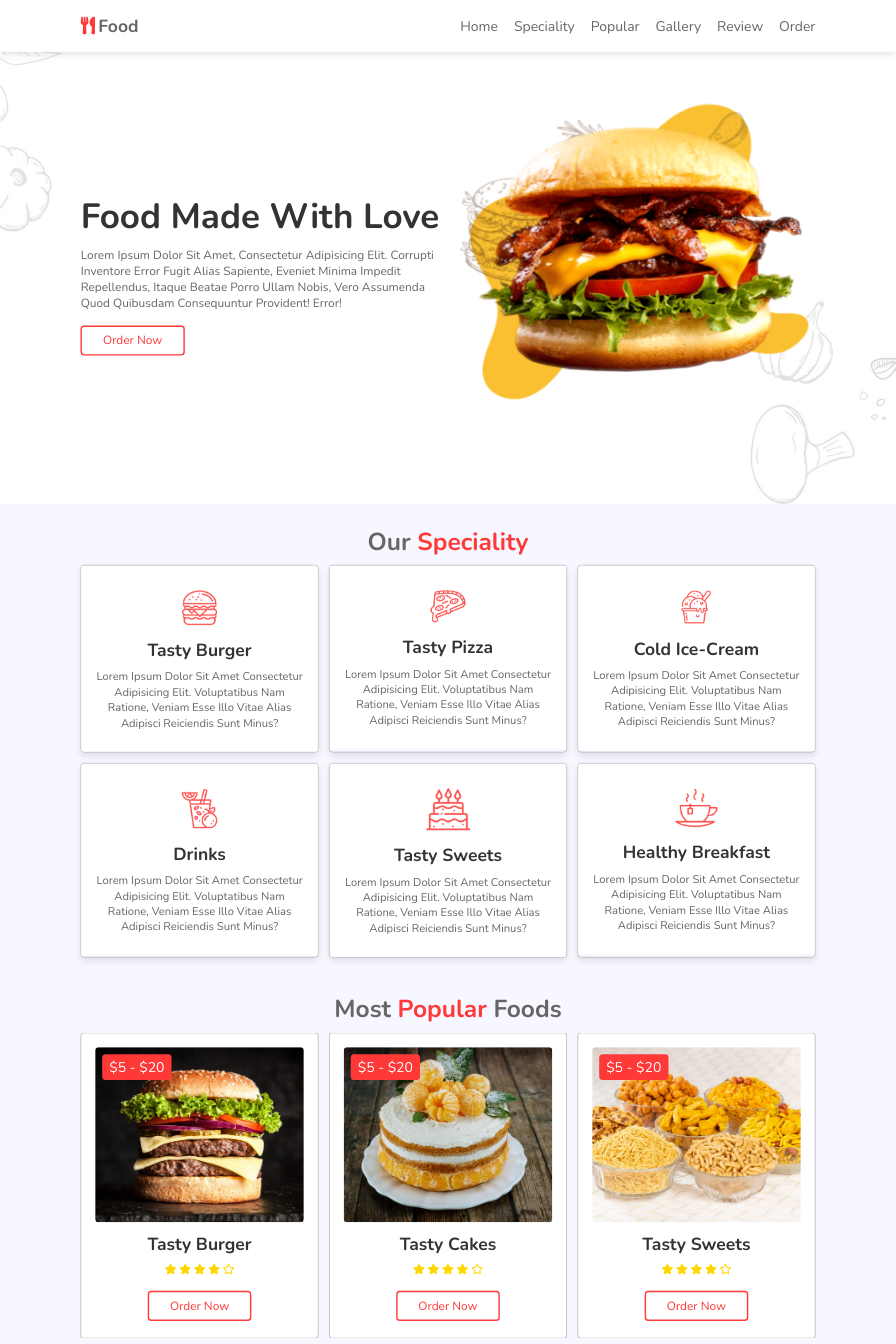
Repository: ManhTanVN/food
Page: index.html
The author's editor kept a copy of each file at every save. The page is drawn from the files as they stood at one save, then again after the next save.
The browser window is 1280 px wide. The pictures show the part of the page from y = 0 to 1920 px (the page is 2810 px tall before and 4990 px after), at 70% of full size.
The style sheet was rebuilt from its Sass, Less or Tailwind sources for each picture, by a compiler version that may differ from the author's.

Above is the page before, as saved 2021-08-29 19:38:14.

### index.html
<!DOCTYPE html>
<html lang="en">
<head>
    <meta charset="UTF-8">
    <meta http-equiv="X-UA-Compatible" content="IE=edge">
    <meta name="viewport" content="width=device-width, initial-scale=1.0">
    <title>Document</title>
    <!-- font awe-some CDN -->
    <link rel="stylesheet" href="https://cdnjs.cloudflare.com/ajax/libs/font-awesome/5.15.4/css/all.min.css">

    <!-- custom css -->
    <link rel="stylesheet" href="./assets/css/style.css">
</head>
<body>
    <!-- header section start -->
    <header>
        <a href="#" class="logo"><i class="fas fa-utensils"></i>food</a>
        <div id="menu-bar" class="fas fa-bars"></div>
        <nav class="navbar">
            <a href="#home">home</a>
            <a href="#speciality">speciality</a>
            <a href="#popular">popular</a>
            <a href="#gallery">gallery</a>
            <a href="#review">review</a>
            <a href="#order">order</a>
        </nav>
    </header>
    <!-- header section end -->

    <!-- home section starts -->
    <section class="home" id="home">
        <div class="home__content">
            <h3>food made with love</h3>
            <p>Lorem ipsum dolor sit amet, consectetur adipisicing elit. Corrupti inventore error fugit alias sapiente, eveniet minima impedit repellendus, itaque beatae porro ullam nobis, vero assumenda quod quibusdam consequuntur provident! Error!</p>
            <a href="#" class="btn">order now</a>
        </div>
        <div class="home__image">
            <img src="./assets/images/home-img.png" alt="">
        </div>


    </section>
    <!-- home section ends -->

    <!-- speciality section starts -->
    <section class="speciality" id="speciality">
        <h1 class="heading">our <span>speciality</span></h1>
        <div class="box-container">
            <div class="box">
                <img class="box__image" src="./assets/images/s-img-1.jpg" alt="">
                <div class="box__content">
                    <img src="./assets/images/s-1.png" alt="">
                    <h3>tasty burger</h3>
                    <p>Lorem ipsum dolor sit amet consectetur adipisicing elit. Voluptatibus nam ratione, veniam esse illo vitae alias adipisci reiciendis sunt minus?</p>
                </div>
            </div>
            <div class="box">
                <img class="box__image" src="./assets/images/s-img-2.jpg" alt="">
                <div class="box__content">
                    <img src="./assets/images/s-2.png" alt="">
                    <h3>tasty pizza</h3>
                    <p>Lorem ipsum dolor sit amet consectetur adipisicing elit. Voluptatibus nam ratione, veniam esse illo vitae alias adipisci reiciendis sunt minus?</p>
                </div>
            </div>
            <div class="box">
                <img class="box__image" src="./assets/images/s-img-3.jpg" alt="">
                <div class="box__content">
                    <img src="./assets/images/s-3.png" alt="">
                    <h3>cold ice-cream</h3>
                    <p>Lorem ipsum dolor sit amet consectetur adipisicing elit. Voluptatibus nam ratione, veniam esse illo vitae alias adipisci reiciendis sunt minus?</p>
                </div>
            </div>
            <div class="box">
                <img class="box__image" src="./assets/images/s-img-4.jpg" alt="">
                <div class="box__content">
                    <img src="./assets/images/s-4.png" alt="">
                    <h3>drinks</h3>
                    <p>Lorem ipsum dolor sit amet consectetur adipisicing elit. Voluptatibus nam ratione, veniam esse illo vitae alias adipisci reiciendis sunt minus?</p>
                </div>
            </div>
            <div class="box">
                <img class="box__image" src="./assets/images/s-img-5.jpg" alt="">
                <div class="box__content">
                    <img src="./assets/images/s-5.png" alt="">
                    <h3>tasty sweets</h3>
                    <p>Lorem ipsum dolor sit amet consectetur adipisicing elit. Voluptatibus nam ratione, veniam esse illo vitae alias adipisci reiciendis sunt minus?</p>
                </div>
            </div>
            <div class="box">
                <img class="box__image" src="./assets/images/s-img-6.jpg" alt="">
                <div class="box__content">
                    <img src="./assets/images/s-6.png" alt="">
                    <h3>healthy breakfast</h3>
                    <p>Lorem ipsum dolor sit amet consectetur adipisicing elit. Voluptatibus nam ratione, veniam esse illo vitae alias adipisci reiciendis sunt minus?</p>
                </div>
            </div>
        </div>
    </section>
    <!-- speciality section ends -->

    <!-- popular section starts -->
    <section class="popular" id="popular">
        <h1 class="heading">most <span>popular</span> foods</h1>
        <div class="box-container">
            <div class="box">
                <span class="box__price"> $5 - $20 </span>
                <img src="./assets/images/p-1.jpg" alt="">
                <h3>tasty burger</h3>
                <div class="box__star">
                    <i class="fas fa-star"></i>
                    <i class="fas fa-star"></i>
                    <i class="fas fa-star"></i>
                    <i class="fas fa-star"></i>
                    <i class="far fa-star"></i>
                </div>
                <a href="#" class="btn">order now</a>
            </div>
            <div class="box">
                <span class="box__price"> $5 - $20 </span>
                <img src="./assets/images/p-2.jpg" alt="">
                <h3>tasty cakes</h3>
                <div class="box__star">
                    <i class="fas fa-star"></i>
                    <i class="fas fa-star"></i>
                    <i class="fas fa-star"></i>
                    <i class="fas fa-star"></i>
                    <i class="far fa-star"></i>
                </div>
                <a href="#" class="btn">order now</a>
            </div>
            <div class="box">
                <span class="box__price"> $5 - $20 </span>
                <img src="./assets/images/p-3.jpg" alt="">
                <h3>tasty sweets</h3>
                <div class="box__star">
                    <i class="fas fa-star"></i>
                    <i class="fas fa-star"></i>
                    <i class="fas fa-star"></i>
                    <i class="fas fa-star"></i>
                    <i class="far fa-star"></i>
                </div>
                <a href="#" class="btn">order now</a>
            </div>
            <div class="box">
                <span class="box__price"> $5 - $20 </span>
                <img src="./assets/images/p-4.jpg" alt="">
                <h3>tasty cupcakes</h3>
                <div class="box__star">
                    <i class="fas fa-star"></i>
                    <i class="fas fa-star"></i>
                    <i class="fas fa-star"></i>
                    <i class="fas fa-star"></i>
                    <i class="far fa-star"></i>
                </div>
                <a href="#" class="btn">order now</a>
            </div>
            <div class="box">
                <span class="box__price"> $5 - $20 </span>
                <img src="./assets/images/p-5.jpg" alt="">
                <h3>cold drinks</h3>
                <div class="box__star">
                    <i class="fas fa-star"></i>
                    <i class="fas fa-star"></i>
                    <i class="fas fa-star"></i>
                    <i class="fas fa-star"></i>
                    <i class="far fa-star"></i>
                </div>
                <a href="#" class="btn">order now</a>
            </div>
            <div class="box">
                <span class="box__price"> $5 - $20 </span>
                <img src="./assets/images/p-6.jpg" alt="">
                <h3>cold ice-cream</h3>
                <div class="box__star">
                    <i class="fas fa-star"></i>
                    <i class="fas fa-star"></i>
                    <i class="fas fa-star"></i>
                    <i class="fas fa-star"></i>
                    <i class="far fa-star"></i>
                </div>
                <a href="#" class="btn">order now</a>
            </div>
        </div>

    </section>
    <!-- popular section ends -->

    <!-- Step section starts -->
    <section class="steps">
        <div class="box">
            <img src="./assets/images/step-1.jpg" alt="">
            <h3>choose your favorite food</h3>
        </div>
        <div class="box">
            <img src="./assets/images/step-2.jpg" alt="">
            <h3>free and fast delivery</h3>
        </div>
        <div class="box">
            <img src="./assets/images/step-3.jpg" alt="">
            <h3>easy payments methods</h3>
        </div>
        <div class="box">
            <img src="./assets/images/step-4.jpg" alt="">
            <h3>and finally, enjoy your food</h3>
        </div>
    </section>
    <!-- Step section ends -->

    <!-- Gallery section starts -->
    <section class="gallery" id="gallery">
        <h1 class="heading">our food <span>gallery</span></h1>
    </section>
    <!-- Gallery section ends -->

<!-- custom js -->
<script src="./assets/js/main.js"></script>
<!-- custom js -->
</body>
</html>

### assets/js/main.js
let menu = document.querySelector("#menu-bar");
let navbar = document.querySelector(".navbar");

menu.onclick = () =>{
    menu.classList.toggle('fa-times');
    navbar.classList.toggle('active');
}

window.onscroll = () => {
    menu.classList.remove('fa-times');
    navbar.classList.remove('active');
}

### sass/style.scss
@import url('https://fonts.googleapis.com/css2?family=Nunito:wght@200;300;400;600;700&display=swap');
@import './mixin';
@import './variables';
@import './animation';
@import './base';
@import './header';
@import './menu-bar';
@import './home';
@import './btn';
@import './speciality';
@import './popular';
@import './steps';

@import './_media';

### sass/_mixin.scss
@mixin responsive($breakpoint) {
    @if $breakpoint == tablet {
        @media (max-width:991px) {@content}
    };

    @if $breakpoint == phone {
        @media (max-width: 768px) {@content}
    };

    @if $breakpoint == small {
        @media (max-width: 400px) {@content}
    };
}

### sass/_variables.scss
$color-red: #ff3838;

### sass/_animation.scss
@keyframes float {
    0%, 100% {
        transform: translateY(0rem)
    };

    50% {
        transform: translateY(03rem)
    }
}

### sass/_base.scss
* {
    font-family: 'Nunito', sans-serif;
    padding: 0; margin: 0;
    box-sizing: border-box;
    border: 0; outline: none;
    text-transform: capitalize;
    text-decoration: none;
    transition: all .2s linear;
}

*::selection {
    background: $color-red;
    color: #fff;
}

html {
    font-size: 62.5%;
    overflow-x: hidden;
    scroll-behavior: smooth;
    scroll-padding-top: 6rem;
    @include responsive (tablet) {
        font-size: 55%;
    }

    @include responsive (small) {
        font-size: 50%;

    }
}

body {
    background: #f7f7ff;
}

section {
    padding: 2rem 9%;
    @include responsive (tablet){
        padding: 2rem;
    }
}

### sass/_header.scss
header {
    position: fixed;
    top: 0;
    left: 0;
    right: 0;
    z-index: 9999;
    background: #fff;
    padding: 2rem 9%;
    box-shadow: 0 0.5rem 1rem rgba(0,0,0,.1);
    display: flex;
    justify-content: space-between;
    align-items: center;
    @include responsive (tablet) {
        padding: 2rem;
    }

}
header .logo {
    font-size: 2.5rem;
    font-weight: bold;
    color: #666;
}
header .logo i {
    padding-right: .5rem;
    color: $color-red;
}
header .navbar a {
    font-size: 2rem;
    margin-left: 2rem;
    color: #666;

    @include responsive (phone) {
        margin: 1.5rem;
        padding: 1.5rem;
        display: block;
        border: .2rem solid rgba(0,0,0,.1);
        border-left: .5rem solid $color-red;
        background: #fff;
    }
}

header .navbar a:hover {
    color: $color-red;
}

header .navbar {
    @include responsive (phone) {
        position: absolute;
        top: 100%;
        right: 0;
        left: 0;
        background: #f7f7f7;
        border-top: .1rem solid rgba(0,0,0,.1);
        clip-path: polygon(0 0, 100% 0 , 100% 0 , 0 0);
    }
}
header .navbar.active {
    @include responsive (phone) {
        clip-path: polygon(0 0, 100% 0 , 100% 100% , 0 100%);

    }
}

### sass/_menu-bar.scss
#menu-bar {
    font-size: 3rem;
    cursor: pointer;
    color: #666;
    border: .1rem solid #666;
    border-radius: .3rem;
    padding: .5rem 1.5rem;
    display: none;

    @include responsive (phone) {
        display: initial;
    }

}

### sass/_home.scss
.home {
    display: flex;
    flex-wrap: wrap;
    gap: 1.5rem;
    min-height: 100vh;
    align-items: center;
    background: url(../assets/images/home-bg.jpg) no-repeat;
    // background: url(../assets/images/pic1.png);
    // background: gold;
    background-size: cover;
    background-position: center;

    &__content{
        flex: 1 1 40rem;
        padding-top: 6.5rem;

        & h3{
            font-size: 5rem;
            color: #333;
        }
        & p{
            font-size: 1.7rem;
            color: #666;
            padding: 1rem 0;
        }
    }
    &__image {
        flex: 1 1 40rem;

    }
    &__image img {
        width: 100%;
        padding: 1rem;
        animation: float 3s linear infinite;
    }
}

### sass/_btn.scss
.btn {
    display: inline-block;
    padding: .8rem 3rem;
    border: .2rem solid $color-red;
    color: $color-red;
    cursor: pointer;
    font-size: 1.7rem;
    border-radius: .5rem;
    position: relative;
    overflow: hidden;
    z-index: 0;
    margin-top: 1rem;
    &::after {
        content: "";
        position: absolute;
        top: 0;
        right: 0;
        width: 0;
        height: 100%;
        background: $color-red;
        transition: .2s linear;
        z-index: -1;
    }

    &:hover::after {
        width: 100%;
        left: 0;;
    }
    &:hover {
        color: #fff;
    }
}

### sass/_speciality.scss
.heading {
    text-align: center;
    font-size: 3.5rem;
    padding: 1rem;
    color: #666;

    & span {
        color: $color-red;
    }
}
.box-container {
    display: flex;
    flex-wrap: wrap;
    gap: 1.5rem;
}


.speciality {
    & .box-container {
        & .box {
            flex: 1 1 30rem;
            position: relative;
            overflow: hidden;
            box-shadow: 0 .5rem 1rem rgba(0,0,0,.1);
            border: .1rem solid rgba(0,0,0,.3);
            cursor: pointer;
            border-radius: .5rem;

            &__image{
                width: 100%;
                height: 100%;
                object-fit: cover;
                position: absolute;
                top: -100%;
                left: 0;

            }
            &:hover .box__image{
                top: 0;
            }

            &:hover .box__content{
                transform: translateY(100%);
            }

            &__content {
                text-align: center;
                padding: 2rem;
                background: #fff;
                & img {
                    margin: 1.5rem 0;
                }
                & h3 {
                    font-size: 2.5rem;
                    color: #333;
                }
                & p {
                    font-size: 1.6rem;
                    color: #666;
                    padding: 1rem 0;
                }
            }
        }
    }

}

### sass/_popular.scss
.popular {
    & .box-container {
        & .box {
            padding: 2rem;
            background: #fff;
            box-shadow: 1 .5rem 1rem rgba(0,0,0,.1);
            border: .1rem solid rgba(0,0,0,.3);
            border-radius: .5rem;
            text-align: center;
            flex: 1 1 30rem;
            position: relative;

            & img {
                height: 25rem;
                object-fit: cover;
                width: 100%;
                border-radius: inherit;
            }

            &__price {
                position: absolute;
                top: 3rem; left: 3rem;
                background: $color-red;
                color: #fff;
                font-size: 2rem;
                padding: .5rem 1rem;
                border-radius: inherit;
            }

            & h3 {
                color: #333;
                font-size: 2.5rem;
                padding-top: 1rem;
            }

            &__star {
                color: gold;
                font-size: 1.5rem;
                padding: 1rem .1rem;
            }
        }
    }
}

### sass/_steps.scss
.steps {
    display: flex;
    flex-wrap: wrap;
    gap: 1.5rem;
    padding: 1rem;

    & .box {
        flex: 1 1 25rem;
        padding: 1rem;
        text-align: center;

        & img {
            border-radius: 50%;
            border: .1rem solid #fff;
            box-shadow: 0 .5rem 1rem rgba(0,0,0,.1);
        }

        & h3 {
            font-size: 3rem;
            color: #333;
            padding: 1rem;
        }
    }
}

### sass/__media.scss
@media (max-width: 991px) {
    html {
    }
    header {

    }
}

@media (max-width: 768px) {


    .menu-bar {

    }
}

After the next save:
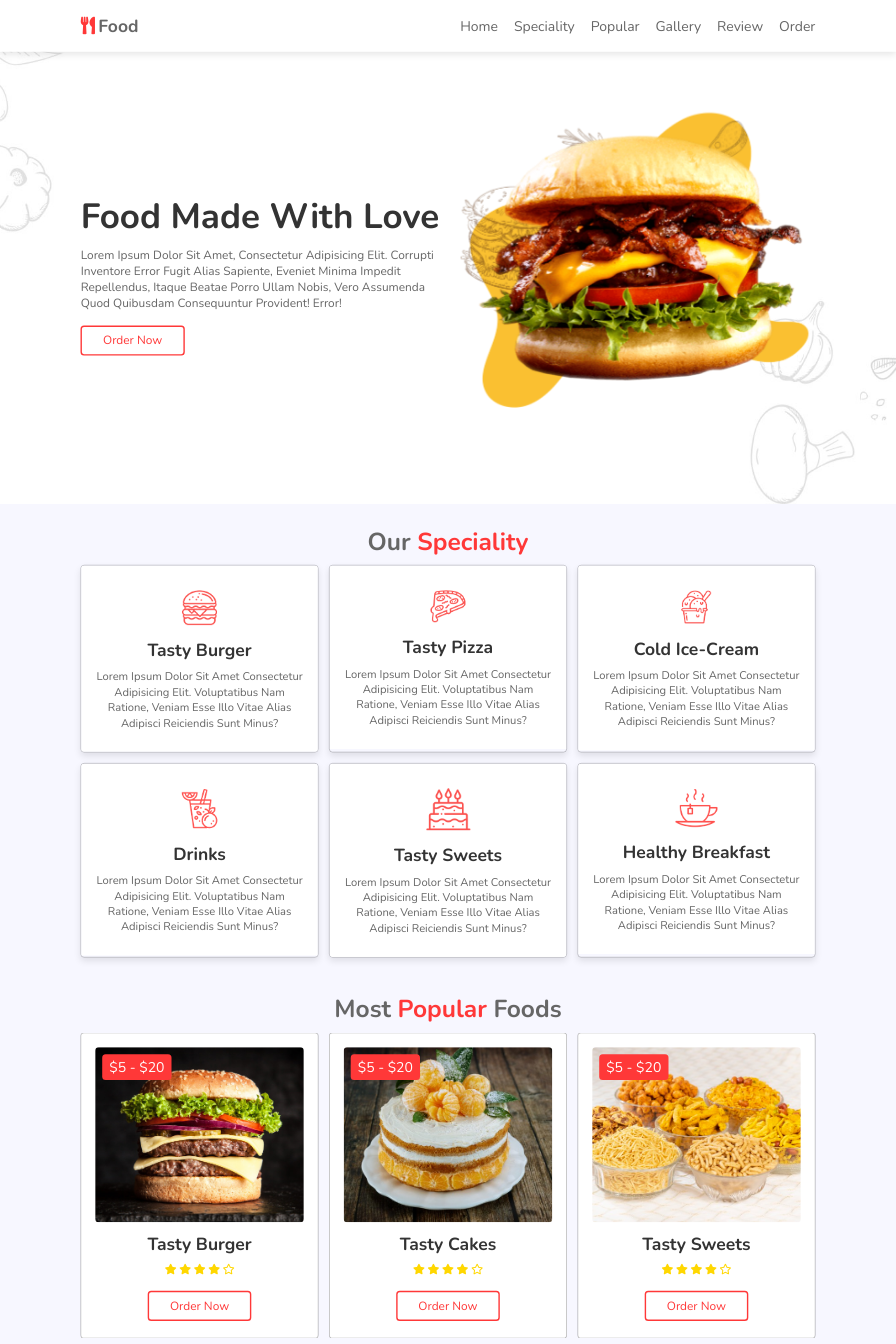
Saved 4 min 30 s later.
--- a/index.html
+++ b/index.html
@@ -209,6 +209,80 @@
     <!-- Gallery section starts -->
     <section class="gallery" id="gallery">
         <h1 class="heading">our food <span>gallery</span></h1>
+        <div class="box-container">
+            <div class="box">
+                <img src="./assets/images/g-1.jpg" alt="" class="box__image">
+                <div class="box__content">
+                    <h3>tasty food</h3>
+                    <p>Lorem ipsum dolor sit amet consectetur adipisicing elit. At, quos.</p>
+                    <a href="#" class="btn">order now</a>
+                </div>
+            </div>
+            <div class="box">
+                <img src="./assets/images/g-2.jpg" alt="" class="box__image">
+                <div class="box__content">
+                    <h3>tasty food</h3>
+                    <p>Lorem ipsum dolor sit amet consectetur adipisicing elit. At, quos.</p>
+                    <a href="#" class="btn">order now</a>
+                </div>
+            </div>
+            <div class="box">
+                <img src="./assets/images/g-3.jpg" alt="" class="box__image">
+                <div class="box__content">
+                    <h3>tasty food</h3>
+                    <p>Lorem ipsum dolor sit amet consectetur adipisicing elit. At, quos.</p>
+                    <a href="#" class="btn">order now</a>
+                </div>
+            </div>
+            <div class="box">
+                <img src="./assets/images/g-4.jpg" alt="" class="box__image">
+                <div class="box__content">
+                    <h3>tasty food</h3>
+                    <p>Lorem ipsum dolor sit amet consectetur adipisicing elit. At, quos.</p>
+                    <a href="#" class="btn">order now</a>
+                </div>
+            </div>
+            <div class="box">
+                <img src="./assets/images/g-5.jpg" alt="" class="box__image">
+                <div class="box__content">
+                    <h3>tasty food</h3>
+                    <p>Lorem ipsum dolor sit amet consectetur adipisicing elit. At, quos.</p>
+                    <a href="#" class="btn">order now</a>
+                </div>
+            </div>
+            <div class="box">
+                <img src="./assets/images/g-6.jpg" alt="" class="box__image">
+                <div class="box__content">
+                    <h3>tasty food</h3>
+                    <p>Lorem ipsum dolor sit amet consectetur adipisicing elit. At, quos.</p>
+                    <a href="#" class="btn">order now</a>
+                </div>
+            </div>
+            <div class="box">
+                <img src="./assets/images/g-7.jpg" alt="" class="box__image">
+                <div class="box__content">
+                    <h3>tasty food</h3>
+                    <p>Lorem ipsum dolor sit amet consectetur adipisicing elit. At, quos.</p>
+                    <a href="#" class="btn">order now</a>
+                </div>
+            </div>
+            <div class="box">
+                <img src="./assets/images/g-8.jpg" alt="" class="box__image">
+                <div class="box__content">
+                    <h3>tasty food</h3>
+                    <p>Lorem ipsum dolor sit amet consectetur adipisicing elit. At, quos.</p>
+                    <a href="#" class="btn">order now</a>
+                </div>
+            </div>
+            <div class="box">
+                <img src="./assets/images/g-9.jpg" alt="" class="box__image">
+                <div class="box__content">
+                    <h3>tasty food</h3>
+                    <p>Lorem ipsum dolor sit amet consectetur adipisicing elit. At, quos.</p>
+                    <a href="#" class="btn">order now</a>
+                </div>
+            </div>
+        </div>
     </section>
     <!-- Gallery section ends -->
 
